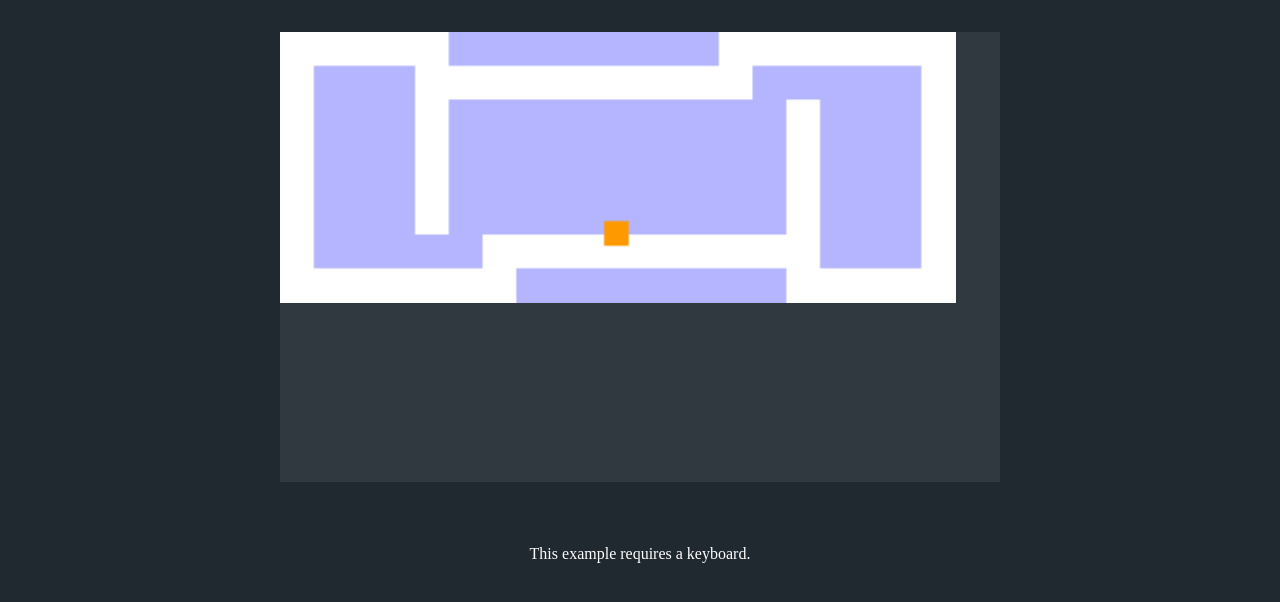
Repository: jh0l/WorldsHardestGame
Page: index.html
These files come from the project's save history. The page is drawn as it stood at one moment and after a run of saves; the edit follows.
The browser window is 1280 px wide. The pictures show the whole page.

Above is the page before, as saved 2018-07-19 00:30:45.

After the next 2 saves:
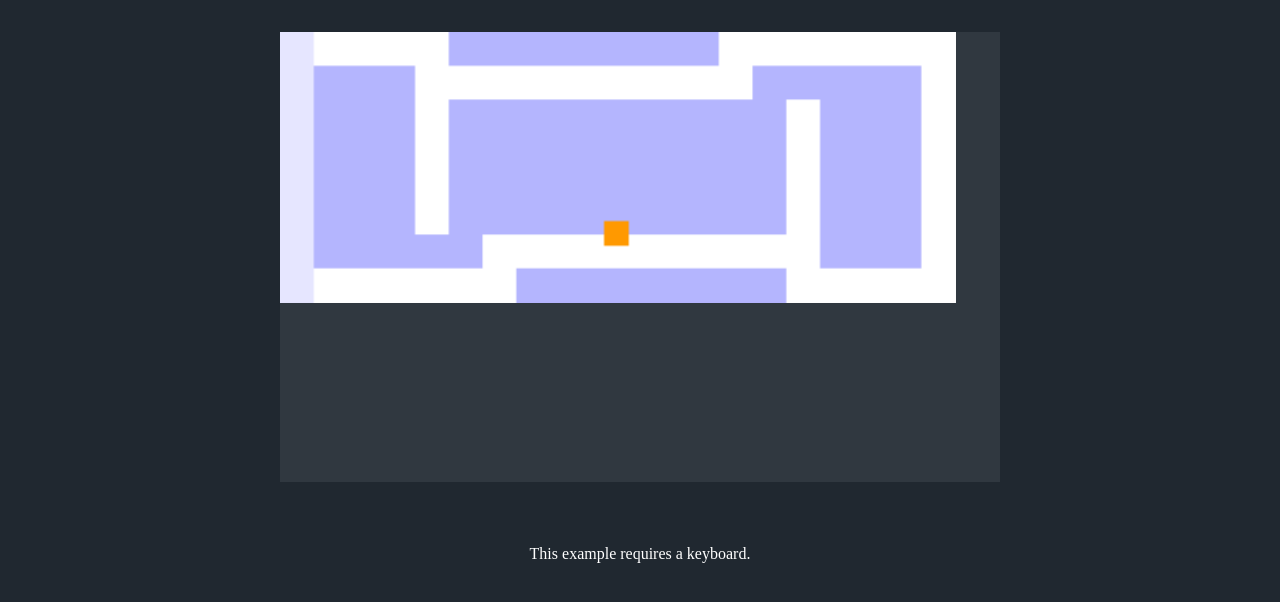
The 2 saves are shown as one change because they came seconds apart.
The last was saved 7 s later.
--- a/src/index.js
+++ b/src/index.js
@@ -30,7 +30,7 @@
   };
   const tileValColor = (val, index) => {
     if (val !== '0') {
-      return index % game.world.columns + 2 === 0 ? "#e6e6ff" : "#fff";
+      return index % game.world.columns === 0 ? "#e6e6ff" : "#fff";
     }
     return "#b4b5fe";
   };
